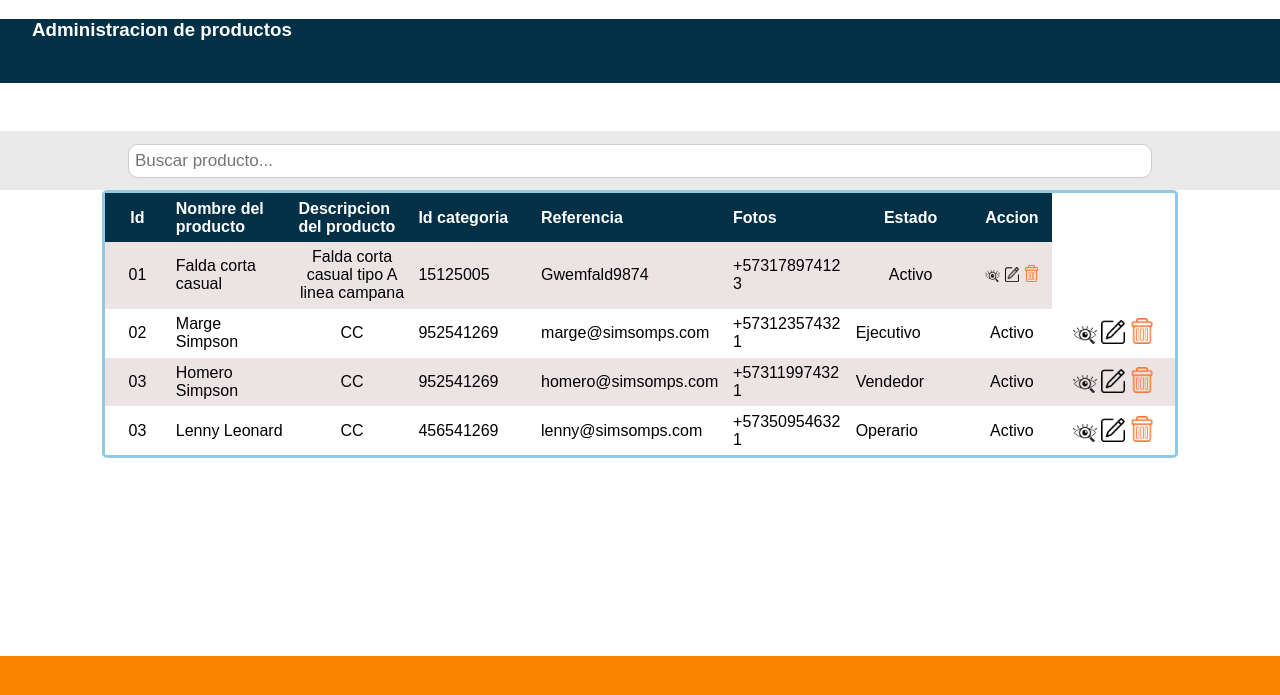
Repository: AlexanderBarona/Proyecto_Ciclo3_Mintic
Page: PaginaWeb/pages/listar_productos.html
The author's editor kept a copy of each file at every save. The page is drawn from the files as they stood at one save, then again after the next save.
The browser window is 1280 px wide. The pictures show the whole page.

Above is the page before, as saved 2021-09-30 15:30:47.

### PaginaWeb/pages/listar_productos.html
<!DOCTYPE html>
<html>

   <head>
      <title>Administracion de productos</title>
      <link href="../css/style.css" rel="stylesheet" type="text/css">
      <link href="../css/admin_user.css" rel="stylesheet" type="text/css">
   </head>
   <body class="admin_user">
      <header>
         <h3>Administracion de productos</h3>
      </header>
      <main>
        <div class="TopBar">
            <div class="Search ">
                <input type="text" placeholder="Buscar producto...">
            </div>

        </div>

        <div class="table_principal">
            <table class="table_entity">

              <tbody class="table_body" >

                  <tr class="table_header" >

                    <td class="table_cell center">Id</td>
                    <td class="table_cell">Nombre del producto</td>
                    <td class="table_cell">Descripcion del producto</td>
                    <td class="table_cell">Id categoria</td>
                    <td class="table_cell">Referencia</td>
                    <td class="table_cell">Fotos</td>
                    <td class="table_cell center">Estado</td>
                    <td class="table_cell center">Accion</td>

                  </tr>

                  <tr >
                    <td class="table_cell center">01</td>
                    <td class="table_cell">Falda corta casual</td>
                    <td class="table_cell center">Falda corta casual tipo A linea campana </td>
                    <td class="table_cell">15125005</td>
                    <td class="table_cell">Gwemfald9874</td>
                    <td class="table_cell">+573178974123</td>

                    <td class="table_cell center">Activo</td>
                    <td class="table_cell center">
                      <div class="icon_container">
                        <nav>
                          <a href="icon_table">
                            <img class="icon_cell" src="../images/IconRead.ico">
                          </a>
                          <a href="icon_table">
                            <img class="icon_cell" src="../images/IconUpdate.ico">
                          </a>
                          <a href="icon_table">
                            <img class="icon_cell" src="../images/IconDelete.ico">
                          </a>
                        </nav>
                    </div>

                    </td>
                  </tr>

                <tr >
                  <td class="table_cell center">02</td>
                  <td class="table_cell">Marge Simpson</td>
                  <td class="table_cell center">CC</td>
                  <td class="table_cell">952541269</td>
                  <td class="table_cell">marge@simsomps.com</td>
                  <td class="table_cell">+573123574321</td>
                  <td class="table_cell">Ejecutivo</td>
                  <td class="table_cell center">Activo</td>
                  <td class="table_cell center">
                    <div class="icon_container ">
                      <nav>
                        <a href="icon_table">
                          <img class="icon_cell" src="../images/IconRead.ico">
                        </a>
                        <a href="icon_table">
                          <img class="icon_cell" src="../images/IconUpdate.ico">
                        </a>
                        <a href="icon_table">
                          <img class="icon_cell" src="../images/IconDelete.ico">
                        </a>
                      </nav>
                  </div>
                  </td>
                </tr>

                <tr >
                    <td class="table_cell center">03</td>
                    <td class="table_cell">Homero Simpson</td>
                    <td class="table_cell center">CC</td>
                    <td class="table_cell">952541269</td>
                    <td class="table_cell">homero@simsomps.com</td>
                    <td class="table_cell">+573119974321</td>
                    <td class="table_cell">Vendedor</td>
                    <td class="table_cell center">Activo</td>
                    <td class="table_cell center">

                                    <div class="icon_container">
                                        <nav>
                                          <a href="icon_table">
                                            <img class="icon_cell" src="../images/IconRead.ico">
                                          </a>
                                          <a href="icon_table">
                                            <img class="icon_cell" src="../images/IconUpdate.ico">
                                          </a>
                                          <a href="icon_table">
                                            <img class="icon_cell" src="../images/IconDelete.ico">
                                          </a>
                                        </nav>
                                    </div>


                    </td>
                </tr>
                <tr >
                    <td class="table_cell center">03</td>
                    <td class="table_cell">Lenny Leonard</td>
                    <td class="table_cell center">CC</td>
                    <td class="table_cell">456541269</td>
                    <td class="table_cell">lenny@simsomps.com</td>
                    <td class="table_cell">+573509546321</td>
                    <td class="table_cell">Operario</td>
                    <td class="table_cell center">Activo</td>
                    <td class="table_cell center">
                      <div class="icon_container">
                        <nav>
                          <a href="icon_table">
                            <img class="icon_cell" src="../images/IconRead.ico">
                          </a>
                          <a href="icon_table">
                            <img class="icon_cell" src="../images/IconUpdate.ico">
                          </a>
                          <a href="icon_table">
                            <img class="icon_cell" src="../images/IconDelete.ico">
                          </a>
                        </nav>
                    </div>
                    </td>
                </tr>
              </tbody>
            </table>
        </div>
      </main>
      <footer>
        <div>
          <h3>Administracion de usuarios</h3>
          <h3>Administracion de usuarios</h3>
          <h3>Administracion de usuarios</h3>
        </div>
      </footer>
   </body>
</html>

### PaginaWeb/css/style.css
* {
  box-sizing: border-box;
}

body {
  margin: 0;
  font-family: Arial, Helvetica, sans-serif;
}
header {
  background-color: #023047;
  color:  white;
  padding-left:2em ;
  height:4em;
  width:100%;
  margin-bottom: 3em;

}

footer{
  background-color: #FB8500;
  color:  #FB8500;
  position:fixed;
  left:0px;
  bottom:0px;
  height:4em;
  width:100%;
}

### PaginaWeb/css/admin_user.css
/* css barra busqueda*/
@media screen and (max-width: 600px) {
  .Search a,
  .Search input[type="text"] {

    display: block;
    text-align: left;
    width: 100%;
    margin: 0 auto;
    padding: 14px;
    align-items: center;
  }
}

.admin_user .Search {
   overflow: hidden;
   background-color: #e9e9e9;
   display: block;
   width: 100%;
   text-align: center;
  }

.Search a {

    display: block;
    color: black;
    text-align: center;
    padding: 14px 16px;
    text-decoration: none;
    font-size: 17px;
  }

  .Search a:hover {
    background-color: #ddd;
    color: black;
  }

  .Search a.active {
    background-color: #9dcaf0;
    color: white;
  }

  .Search input[type="text"] {
    float: center;
    border-radius: 10px;
    border: 1px solid rgb(174, 204, 218);
    padding: 6px;
    margin-top: 1%;
    margin-right: 2%;
    margin-left: 2%;
    margin-bottom: 1%;
    font-size: 17px;
    width: 80%;
  }
  .Search input[type="text"] {
    border: 1px solid #ccc;
  }

 /* css tabla*/

  .table_entity {
    table-layout: fixed;
    width: 84%;
    margin: 0 auto;
    border-collapse: separate;
    border-spacing: 0px;
    border-radius: 5px;
    border: 3px solid #8ECAE6;

  }

  .table_entity td:first-child {
    width: 4em;
  }
  .table_entity td:nth-child(3) {
    width: 7.5em;
  }
  .table_entity td:nth-child(5) {
    width: 12em;
  }
  .table_entity td:nth-child(8) {
    width: 5em;

  }
  .table_entity td:nth-child(9) {
    width: 5em;
  }




  .table_header {
    background-color: #023047;
    color: #fff;
    font-weight:bold;
  }

  .table_entity tr:nth-child(even) {
  background-color: #ece4e4;
}

.table_entity .center {
  text-align: center;
}
/* css tabla perfiles*/
.table_entity2 {
  table-layout: fixed;
  width: 84%;
  margin: 0 auto;
  border-collapse: separate;
  border-spacing: 0px;
  border-radius: 5px;
  border: 3px solid #8ECAE6;

}

.table_entity2 td:first-child {
  width: 4em;
}

.table_entity2 td:nth-child(2) {
  width: 16em;
}


.table_entity2 td:nth-child(6) {
  width: 4.8em;

}


.table_entity2 tr:nth-child(even) {
background-color: #ece4e4;
}

.table_entity2 .center {
  text-align: center;
}

  th, td {

      word-wrap: break-word;
      padding: 0.4em;
      margin: 0em;
  }
  /* iconos */
  .icon_cell {

    height: 28%;
    width: 22%;
    margin: 0 auto 0 0;


}

.icon_container a , .icon_container a:visited {


  text-decoration: none;

}
/* css checkbox */

.checkbox_container input[type="checkbox"]  {
  content: "";
  width: 2em;
  height: 2em;
  border: 4px solid #bf810f;
  float: left;
  margin: 0 auto 0 0;
  border-right: 0;
  border-top: 0;


}
.checkbox_container input[type="checkbox"]:checked   {
  content: "";
  width: 2.2em;
  height: 2.2em;
  border: 4px solid #bf810f;
  color: #bf810f;
  background-color:#bf810f ;
  float: left;
  margin: 0 auto 0 0;
  border-right: 0;
  border-top: 0;

}

After the next save:
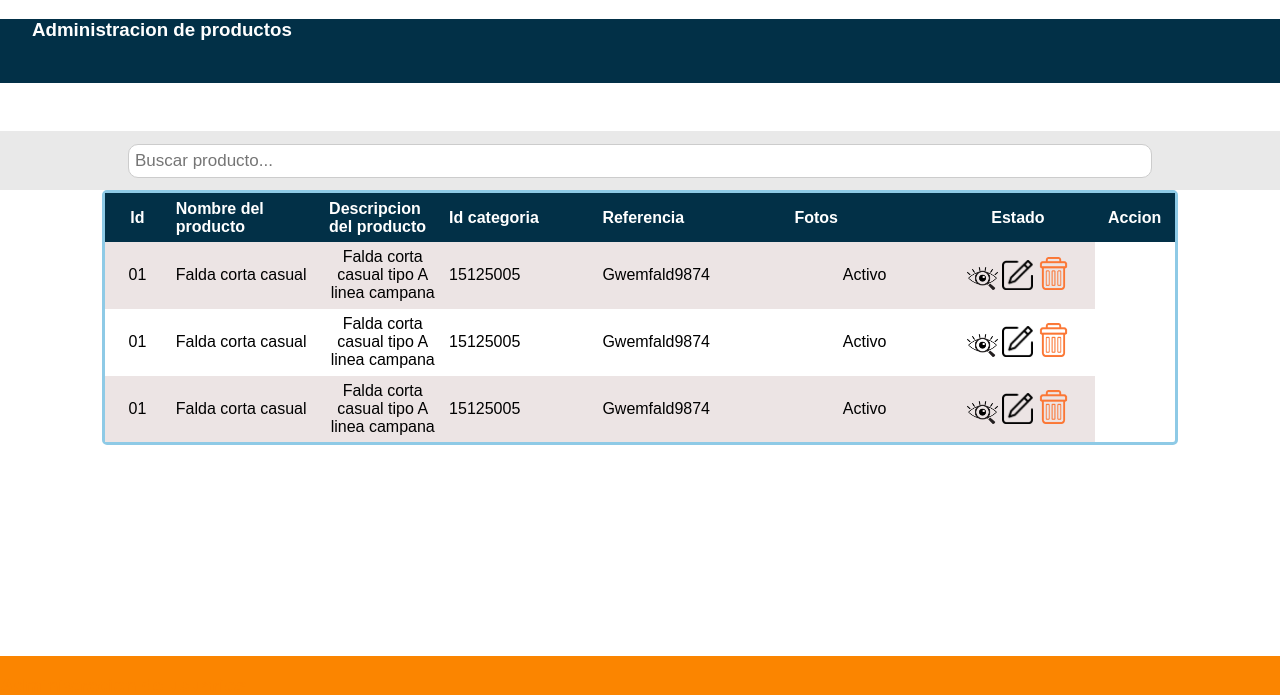
Saved 54 s later.
--- a/PaginaWeb/pages/listar_productos.html
+++ b/PaginaWeb/pages/listar_productos.html
@@ -42,7 +42,6 @@
                     <td class="table_cell center">Falda corta casual tipo A linea campana </td>
                     <td class="table_cell">15125005</td>
                     <td class="table_cell">Gwemfald9874</td>
-                    <td class="table_cell">+573178974123</td>
 
                     <td class="table_cell center">Activo</td>
                     <td class="table_cell center">
@@ -62,69 +61,13 @@
 
                     </td>
                   </tr>
+                  <tr >
+                    <td class="table_cell center">01</td>
+                    <td class="table_cell">Falda corta casual</td>
+                    <td class="table_cell center">Falda corta casual tipo A linea campana </td>
+                    <td class="table_cell">15125005</td>
+                    <td class="table_cell">Gwemfald9874</td>
 
-                <tr >
-                  <td class="table_cell center">02</td>
-                  <td class="table_cell">Marge Simpson</td>
-                  <td class="table_cell center">CC</td>
-                  <td class="table_cell">952541269</td>
-                  <td class="table_cell">marge@simsomps.com</td>
-                  <td class="table_cell">+573123574321</td>
-                  <td class="table_cell">Ejecutivo</td>
-                  <td class="table_cell center">Activo</td>
-                  <td class="table_cell center">
-                    <div class="icon_container ">
-                      <nav>
-                        <a href="icon_table">
-                          <img class="icon_cell" src="../images/IconRead.ico">
-                        </a>
-                        <a href="icon_table">
-                          <img class="icon_cell" src="../images/IconUpdate.ico">
-                        </a>
-                        <a href="icon_table">
-                          <img class="icon_cell" src="../images/IconDelete.ico">
-                        </a>
-                      </nav>
-                  </div>
-                  </td>
-                </tr>
-
-                <tr >
-                    <td class="table_cell center">03</td>
-                    <td class="table_cell">Homero Simpson</td>
-                    <td class="table_cell center">CC</td>
-                    <td class="table_cell">952541269</td>
-                    <td class="table_cell">homero@simsomps.com</td>
-                    <td class="table_cell">+573119974321</td>
-                    <td class="table_cell">Vendedor</td>
-                    <td class="table_cell center">Activo</td>
-                    <td class="table_cell center">
-
-                                    <div class="icon_container">
-                                        <nav>
-                                          <a href="icon_table">
-                                            <img class="icon_cell" src="../images/IconRead.ico">
-                                          </a>
-                                          <a href="icon_table">
-                                            <img class="icon_cell" src="../images/IconUpdate.ico">
-                                          </a>
-                                          <a href="icon_table">
-                                            <img class="icon_cell" src="../images/IconDelete.ico">
-                                          </a>
-                                        </nav>
-                                    </div>
-
-
-                    </td>
-                </tr>
-                <tr >
-                    <td class="table_cell center">03</td>
-                    <td class="table_cell">Lenny Leonard</td>
-                    <td class="table_cell center">CC</td>
-                    <td class="table_cell">456541269</td>
-                    <td class="table_cell">lenny@simsomps.com</td>
-                    <td class="table_cell">+573509546321</td>
-                    <td class="table_cell">Operario</td>
                     <td class="table_cell center">Activo</td>
                     <td class="table_cell center">
                       <div class="icon_container">
@@ -140,8 +83,34 @@
                           </a>
                         </nav>
                     </div>
+
                     </td>
-                </tr>
+                  </tr>
+                  <tr >
+                    <td class="table_cell center">01</td>
+                    <td class="table_cell">Falda corta casual</td>
+                    <td class="table_cell center">Falda corta casual tipo A linea campana </td>
+                    <td class="table_cell">15125005</td>
+                    <td class="table_cell">Gwemfald9874</td>
+
+                    <td class="table_cell center">Activo</td>
+                    <td class="table_cell center">
+                      <div class="icon_container">
+                        <nav>
+                          <a href="icon_table">
+                            <img class="icon_cell" src="../images/IconRead.ico">
+                          </a>
+                          <a href="icon_table">
+                            <img class="icon_cell" src="../images/IconUpdate.ico">
+                          </a>
+                          <a href="icon_table">
+                            <img class="icon_cell" src="../images/IconDelete.ico">
+                          </a>
+                        </nav>
+                    </div>
+
+                    </td>
+                  </tr>
               </tbody>
             </table>
         </div>
